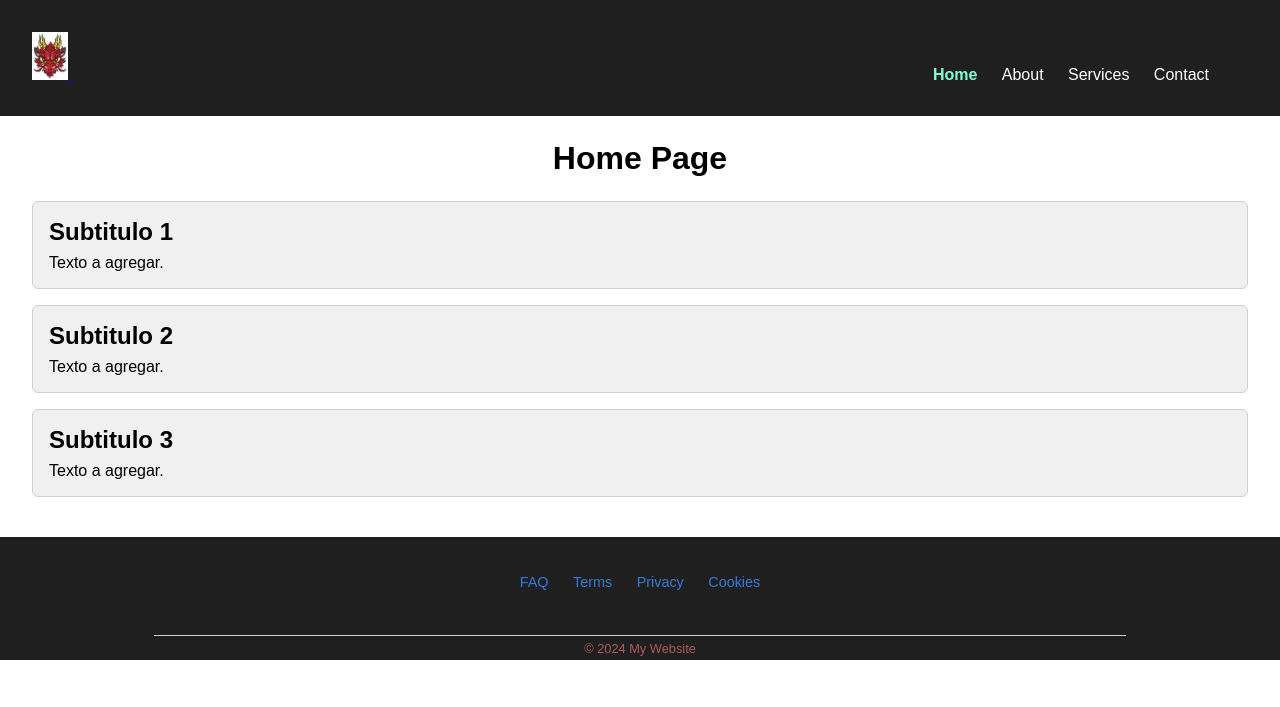
Repository: andreamm-lab/basic-navigation-example-2025-10
Page: index.html
An editor plug-in stored every save of this project. The page is shown before and after the next save, followed by the edit.
The browser window is 1280 px wide. The pictures show the whole page.

Above is the page before, as saved 2025-11-06 15:41:53.

### index.html
<!DOCTYPE html>
<html lang="en">
<head>
    <meta charset="UTF-8">
    <meta name="viewport" content="width=device-width, initial-scale=1.0">
    <title>Basic Nav Example</title>
    <link rel="stylesheet" href="./main.css">
</head>
<body>
    <header>
        <!--Primary navigation-->
        <nav aria-label="Primary navigation">
            <a href="index.html">
                <img src="images/dragon.png" alt="Dragon logo">
            </a>
            <span class="spacer"></span>
            <ul>
                <li><a href="index.html" class="current">Home</a></li>
                <li><a href="pages/about.html">About</a></li>
                <li><a href="pages/services.html">Services</a></li>
                <li><a href="pages/contact.html">Contact</a></li>
            </ul>
        </nav>
    </header>

    <main class="home-main">
        <h1 id="page-title">Home Page</h1>

        <div class="card-grid">
            <article class="card">
                <h2>Subtitulo 1</h2>
                <p>Texto a agregar.</p>
            </article>
            <article class="card">
                <h2>Subtitulo 2</h2>
                <p>Texto a agregar.</p>
            </article>
            <article class="card">
                <h2>Subtitulo 3</h2>
                <p>Texto a agregar.</p>
            </article>
        </div>
    </main>

    <!--Footer navigation-->
    <footer id="main-footer">
        <nav aria-label="Footer navigation">
            <ul>
                <li><a href="#">FAQ</a></li>
                <li><a href="#">Terms</a></li>
                <li><a href="#">Privacy</a></li>
                <li><a href="#">Cookies</a></li>
            </ul>
        </nav>
        <hr class="footer-line">
        <p>© 2024 My Website</p>
    </footer>
</body>
</html>

### main.css
* {
    box-sizing: border-box;
    margin: 0;
    padding: 0;
}

body {
    font-family: Arial, Helvetica, sans-serif;
    background-color: #ffffff;
    color: #000;
}

/* header - nav principal */
nav {
    padding: 32px 32px;
    min-height: 80px;
    background-color: #1F1F1F;
}

nav img {
    max-height: 48px;
    background-color: white;
}

.spacer {
    display: inline-block;
    width: calc(100% - 40px - 320px);
}

nav ul {
    list-style: none;
    display: inline-block;
    vertical-align: bottom;
}

nav ul li {
    display: inline-block;
    margin-right: 20px;
}

nav ul li:last-child {
    margin-right: 0;
}

nav ul li a {
    text-decoration: none;
}

nav ul li a:link,
nav ul li a:visited {
    color: white;
}

nav ul li a.current {
    color: aquamarine;
    font-weight: bold;
}

nav ul li a:hover {
    color: rgb(92, 229, 0);
}

main {
    display: block;
    padding: 24px 32px;
    min-height: 400px;
}

.home-main h1 {
    text-align: center;
    margin-bottom: 24px;
}

/* text cards */
.card-grid {
    display: block; /* vertical align */
}

.card {
    background-color: #f0f0f0;
    border: 1px solid #d0d0d0;
    border-radius: 6px;
    padding: 16px;
    margin-bottom: 16px;
}

.card h2 {
    margin-bottom: 8px;
}

/* Side menu on Services */
.page {
    display: block;
}

.main-content {
    display: inline-block;
    width: 69%;
    vertical-align: top;
}

.side-nav {
    display: inline-block;
    width: 28%;
    background-color: #2a2a2a;
    color: #fff;
    margin-left: 1%;
    padding: 16px;
    min-height: 320px;
    border: 1px solid #000;
}

.side-nav h2 {
    margin-bottom: 12px;
}

.side-nav ul {
    list-style: none;
}

.side-nav ul li {
    margin-bottom: 8px;
    display: block;
}

.side-nav ul li a {
    color: #4bb4ff;
    text-decoration: none;
}

.side-nav ul li a:hover {
    text-decoration: underline;
}

/* footer */
#main-footer {
    background-color: #1F1F1F;
    color: rgb(172, 90, 90);
    text-align: center;
    padding: 4px 32px;
}

#main-footer nav ul {
    display: inline-block;
    list-style: none;
    margin-bottom: 12px;
}

#main-footer nav ul li {
    display: inline-block;
    margin: 0 10px; /*Distance between words in footer: FAQ, Terms, etc. */
}

#main-footer nav ul li a {
    color: rgb(51, 122, 216); /* Text color */
    text-decoration: none;
    font-size: 0.9rem;
}

#main-footer p {
    font-size: 0.8rem;
}

#page-title {
    font-size: 2rem;
}

.footer-line {
  border: none;
  border-top: 1px solid #ccc;
  margin: 0px auto 5px;
  width: 80%;
}

After the next save:
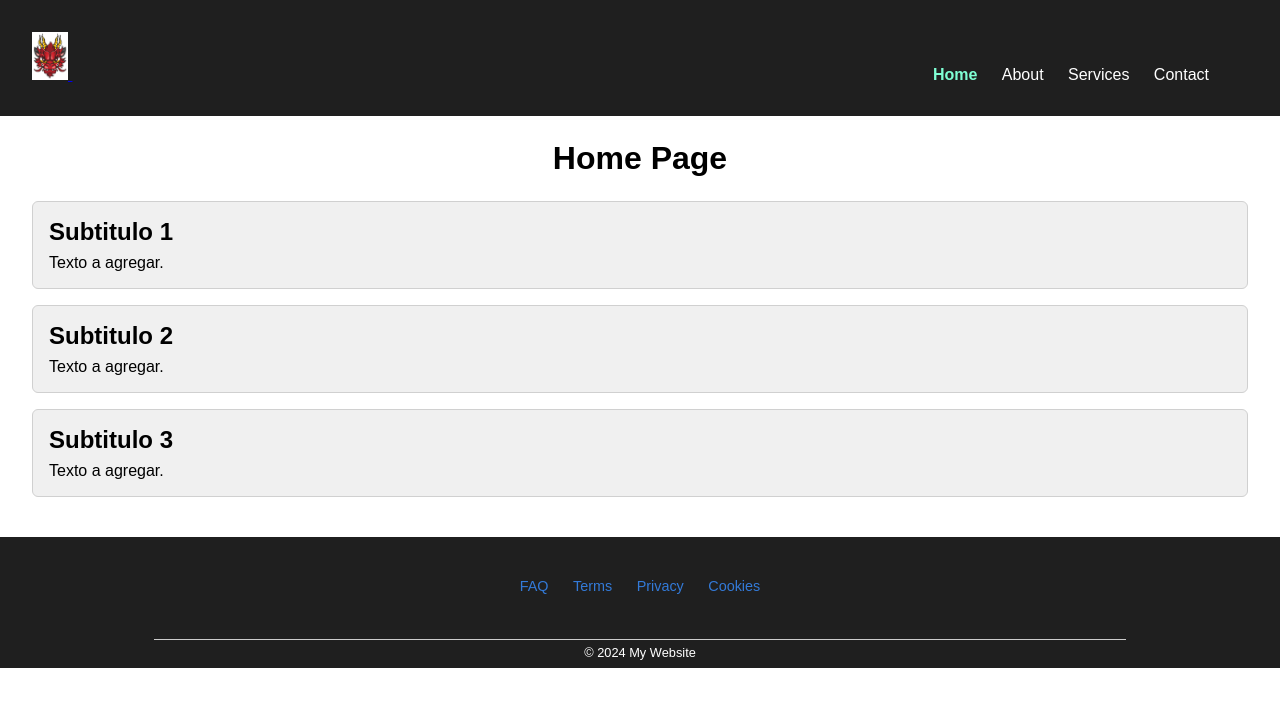
Saved 65 s later.
--- a/main.css
+++ b/main.css
@@ -133,11 +133,13 @@ main {
 }
 
 /* footer */
+
+/* Last Line Text: My Website */
 #main-footer {
     background-color: #1F1F1F;
-    color: rgb(172, 90, 90);
+    color: rgb(255, 255, 255);
     text-align: center;
-    padding: 4px 32px;
+    padding: 8px 32px;
 }
 
 #main-footer nav ul {
